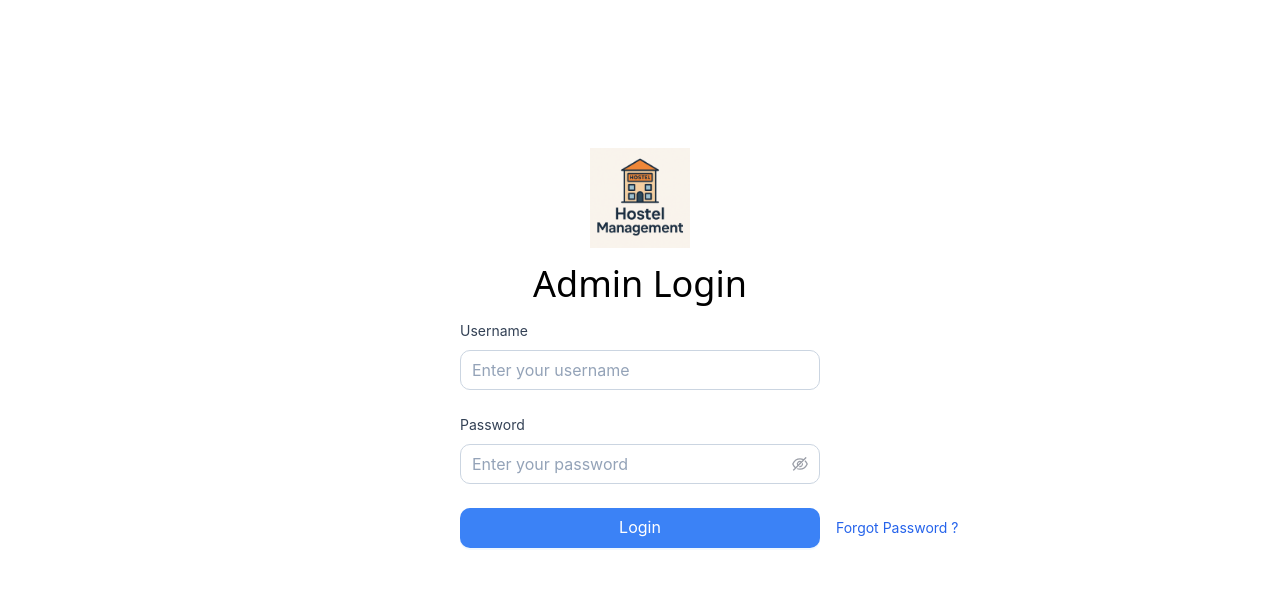
Repository: sujal984/Hostel-Management-System
Page: /Admin/accepted-applications (app in frontend/)
These files come from the project's save history. The page is drawn as it stood at one moment and after the next save; the edit follows.
The browser window is 1280 px wide. The pictures show the whole page.
The project was rebuilt for these pictures with package versions that can differ from the ones it lists, and the page was loaded fresh each time. Also part of the build but not shown: frontend/vite.config.js, frontend/src/components/Acceptedapplication.jsx, frontend/src/components/AdminDashboard.jsx, frontend/src/components/StepForms.jsx, frontend/src/components/ApplicationForm.jsx, frontend/src/components/TrackStatus.jsx, frontend/src/components/Temporary.jsx, frontend/src/components/ApplicationDetail.jsx and 2 more.

Above is the page before, as saved 2025-08-02 17:23:54.

### frontend/index.html
<!DOCTYPE html>
<html lang="en">
  <head>
    <meta charset="UTF-8" />
    <link
      rel="icon"
      type="image/svg+xml"
      href="/ChatGPT Image May 22, 2025, 12_02_14 PM.png"
    />
    <meta name="viewport" content="width=device-width, initial-scale=1.0" />
    <title>Hostel Management</title>
  </head>
  <body>
    <div id="root"></div>
    <script type="module" src="/src/main.jsx"></script>
  </body>
</html>

### frontend/src/main.jsx
import { createRoot } from "react-dom/client";
import { FormProvider } from "./components/FormContext.jsx";
import theme from "./theme.json";
import { ConfigProvider } from "antd";
import "./index.css";
import App from "./App.jsx";
import { BrowserRouter } from "react-router-dom";
import "@ant-design/v5-patch-for-react-19";
createRoot(document.getElementById("root")).render(
  <BrowserRouter>
    <ConfigProvider theme={theme}>
      <FormProvider>
        <App />
      </FormProvider>
    </ConfigProvider>
  </BrowserRouter>
);

### frontend/src/components/FormContext.jsx
// src/context/FormContext.jsx
import { createContext, useContext, useState } from "react";

const FormContext = createContext();

export const useFormContext = () => useContext(FormContext);

export const FormProvider = ({ children }) => {
  const [formData, setFormData] = useState({});
  const resetForm = () => setFormData({});

  return (
    <FormContext.Provider value={{ formData, setFormData, resetForm }}>
      {children}
    </FormContext.Provider>
  );
};

### frontend/src/theme.json
{
  "token": {
    "colorPrimary": "#3b82f6",
    "colorInfo": "#2563eb",
    "colorSuccess": "#22c55e",
    "colorWarning": "#facc15",
    "colorError": "#ef4444",

    "colorTextBase": "#1e293b",
    "colorBgBase": "#f8fafc",
    "colorBgContainer": "#ffffff",

    "fontFamily": "Inter, -apple-system, BlinkMacSystemFont, Segoe UI, Roboto, Helvetica Neue, Arial, sans-serif",
    "fontSize": 14,

    "borderRadius": 8,
    "colorBorder": "#e2e8f0",
    "colorTextPlaceholder": "#94a3b8"
  },

  "components": {
    "Button": {
      "controlHeight": 40,
      "colorPrimaryHover": "#2563eb",
      "colorPrimaryActive": "#1d4ed8"
    },
    "Table": {
      "colorBgContainer": "#ffffff",
      "colorBorderSecondary": "#e5e7eb",
      "headerBg": "#f1f5f9",
      "headerColor": "#0f172a"
    },
    "Form": {
      "labelColor": "#334155",
      "colorText": "#1e293b"
    },
    "Input": {
      "controlHeight": 50,
      "paddingInline": 16,
      "paddingBlock": 10,
      "borderRadius": 10,
      "colorBgContainer": "#ffffff",
      "colorBorder": "#cbd5e1",
      "colorText": "#0f172a"
    },
    "Steps": {
      "colorPrimary": "#3b82f6",
      "colorSplit": "#e2e8f0"
    },
    "Result": {
      "titleFontSize": 24,
      "subtitleFontSize": 16,
      "colorText": "#334155"
    },
    "Link": {
      "colorText": "#2563eb",
      "colorTextHover": "#1d4ed8",
      "colorTextActive": "#1e40af"
    },
    "Card": {
      "colorBgContainer": "#ffffff",
      "boxShadow": "0 4px 12px rgba(0, 0, 0, 0.05)",
      "borderRadius": 12,
      "padding": 24,
      "headerFontSize": 18,
      "colorTextHeading": "#0f172a"
    }
  }
}

### frontend/src/index.css
* {
  margin: 0;
  padding: 0;
}
@import "tailwindcss";

### frontend/src/App.jsx
import ProtectedRoute from "./components/ProtectedRoute";

import { WithHelmet } from "./helper/WithHelmet";
import { Routes, Route, Navigate } from "react-router-dom";
import { ROUTES } from "./constant/ROUTE";
import Page404 from "./components/Page404";
// import "./App.css";

function App() {
  const isAdminLoggedIn = localStorage.getItem("admin_logged_in") === "true";

  return (
    <Routes>
      {Object.values(ROUTES).map((route) => {
        const withHelmetComponent = WithHelmet(route.component, route.title);
        const Component = withHelmetComponent;

        // console.log(route.title);

        if (route.path === "/Admin/login") {
          // If logged in and on /Admin/login, redirect manually to dashboard
          if (isAdminLoggedIn) {
            return (
              <Route
                key={route.path}
                path={route.path}
                element={<Navigate to="/Admin/dashboard" replace />}
              />
            );
          } else {
            return (
              <Route
                key={route.path}
                path={route.path}
                element={<Component title={route.title} />}
              />
            );
          }
        }

        if (
          route.path === "/Admin/dashboard" ||
          (route.path.startsWith("/Admin/") && route.path !== "/Admin/login")
        ) {
          return (
            <Route
              key={route.path}
              path={route.path}
              element={
                <ProtectedRoute>
                  <Component title={route.title} />
                </ProtectedRoute>
              }
            />
          );
        }

        return (
          <Route
            key={route.path}
            path={route.path}
            element={<Component title={route.title} />}
          />
        );
      })}

      <Route path="*" element={<Page404 />} />
    </Routes>
  );
}

export default App;

### frontend/src/components/ProtectedRoute.jsx
import { Navigate } from "react-router-dom";

function ProtectedRoute({ children }) {
  const isAdminLoggedIn = localStorage.getItem("admin_logged_in") === "true";

  return isAdminLoggedIn ? children : <Navigate to="/Admin/login" replace />;
}

export default ProtectedRoute;

### frontend/src/helper/WithHelmet.jsx
import { Helmet } from "react-helmet";

// Higher-Order Component with Helmet
export function WithHelmet(Component, title) {
  return function WrappedComponent(props) {
    return (
      <>
        <Helmet>
          <title>{title}</title>
        </Helmet>
        <Component {...props} />
      </>
    );
  };
}

### frontend/src/constant/ROUTE.js
import AcceptedApplication from "../components/Acceptedapplication";
import AdminDashboard from "../components/AdminDashboard";
import AdminLogin from "../components/AdminLogin";
import ApplicationForm from "../components/ApplicationForm";
import TrackStatus from "../components/TrackStatus";
import Temporary from "../components/Temporary";
import ApplicationDetail from "../components/ApplicationDetail";
import ForgotPassword from "../components/ForgotPassword";

export const ROUTES = {
  ApplicationForm: {
    path: "/",
    component: ApplicationForm,
    title: "Application Form",
    heading: "Application Form",
  },
  AdminLogin: {
    path: "/Admin/login",
    component: AdminLogin,
    title: "Admin Login",
    heading: "Admin Login",
    description: "Its a  admin login page",
  },
  ForgotPassword: {
    path: "/Admin/forgot",
    component: ForgotPassword,
    title: "Forgot Password",
  },
  Tracking: {
    path: "/User/Application/status",
    component: TrackStatus,
    title: "Application Tracking",
    heading: "Application Tracking",
  },

  Admin_Dashborad: {
    path: "/Admin/dashboard",
    component: AdminDashboard,
    title: "Admin Dashboard",
    heading: "Admin Dashboard",
  },
  Accepted_Applications: {
    path: "/Admin/accepted-applications",
    component: AcceptedApplication,
    title: "Accepted Applications",
    heading: "Accepted Applications",
  },
  Application_Detail: {
    path: `/Admin/Application/detail/:id`,
    component: ApplicationDetail,
    title: "Application Detail",
    heading: "Application Detail",
  },
  Temporary: {
    path: "/temporary",
    component: Temporary,
    title: "Temporary",
    heading: "Temporary",
  },
};

### frontend/src/components/AdminLogin.jsx
import { Button, Form, Card, Typography, message } from "antd";
import FormItem from "antd/es/form/FormItem";
import Input from "antd/es/input/Input";
import { useState, useEffect } from "react";
import { Result } from "antd";

import { Endpoint } from "../constant/Endpoint";
import axios from "axios";
import { useNavigate } from "react-router-dom";
import { ROUTES } from "../constant/ROUTE";

function AdminLogin() {
  const [showResult, setShowResult] = useState(false);
  const [form] = Form.useForm();
  const navigate = useNavigate();
  useEffect(() => {
    if (localStorage.getItem("admin_logged_in") === "true") {
      navigate("/Admin/dashboard");
    }
  }, [navigate]);
  const handleLogin = async (values) => {
    console.log("run");
    try {
      const response = await axios.post(
        `${import.meta.env.VITE_API_URL}${Endpoint.adminlogin}`,
        {
          User_Name: values.User_Name,
          Password: values.Password,
        }
      );
      if (response.data && response.data.message === "Login successful") {
        message.success("Login successful");
        localStorage.setItem("admin_logged_in", "true");
        navigate("/Admin/dashboard");
      } else {
        setShowResult(true);

        localStorage.removeItem("admin_logged_in");
      }
    } catch (error) {
      setShowResult(true);
      console.log(error);
      localStorage.removeItem("admin_logged_in");
    }
  };
  const handleTryAgain = () => {
    setShowResult(false);
    form.resetFields();
  };
  return (
    <>
      <div className="h-screen flex justify-center items-center ">
        <div className=" md:min-w-[400px] !p-5">
          {showResult ? (
            <Result
              status="error"
              title="Login Failed"
              subTitle="Invalid username or password."
              extra={[
                <Button type="primary" key="tryagain" onClick={handleTryAgain}>
                  Try Again
                </Button>,
              ]}
            />
          ) : (
            <>
              <div className="flex justify-center">
                <img
                  src="/ChatGPT Image May 22, 2025, 12_02_14 PM.png"
                  className="w-[100px] h-[100px]"
                />
              </div>
              <h1 className="text-4xl text-center font-medium !m-4">
                Admin Login
              </h1>
              <Form
                layout="vertical"
                onFinish={handleLogin}
                requiredMark={false}
                form={form}
              >
                <FormItem
                  label="Username"
                  name="User_Name"
                  rules={[
                    { required: true, message: "Please Enter Your Username" },
                  ]}
                >
                  <Input placeholder="Enter your username" size="large" />
                </FormItem>
                <FormItem
                  label="Password"
                  name="Password"
                  rules={[
                    { required: true, message: "Please Enter Your Password" },
                  ]}
                >
                  <Input.Password
                    placeholder="Enter your password"
                    size="large"
                  />
                </FormItem>
                <FormItem className="!relative">
                  <Button
                    htmlType="submit"
                    type="primary"
                    size="large"
                    className="!w-full"
                  >
                    Login
                  </Button>
                  <Button
                    type="link"
                    href={ROUTES.ForgotPassword}
                    className="!absolute top-0 "
                  >
                    Forgot Password ?
                  </Button>
                </FormItem>
              </Form>
            </>
          )}
        </div>
      </div>
    </>
  );
}

export default AdminLogin;

### frontend/src/constant/Endpoint.js
export const Endpoint = {
  submitapplication: "/submit-application/",
  fetchapplications: "/fetch-applications/",
  deleteapplication: "/delete-application/",
  acceptedapplications: "/fetch-accepted-applications/",
  trackStatus: "/get-status/",
  roomallocation: "/allocate-room/",
  applicationupdatestatus: "/update-status/",
  availablerooms: "/available-rooms/",
  adminlogin: "/login/",
  applicationdetail: "/application",
};

After the next save:
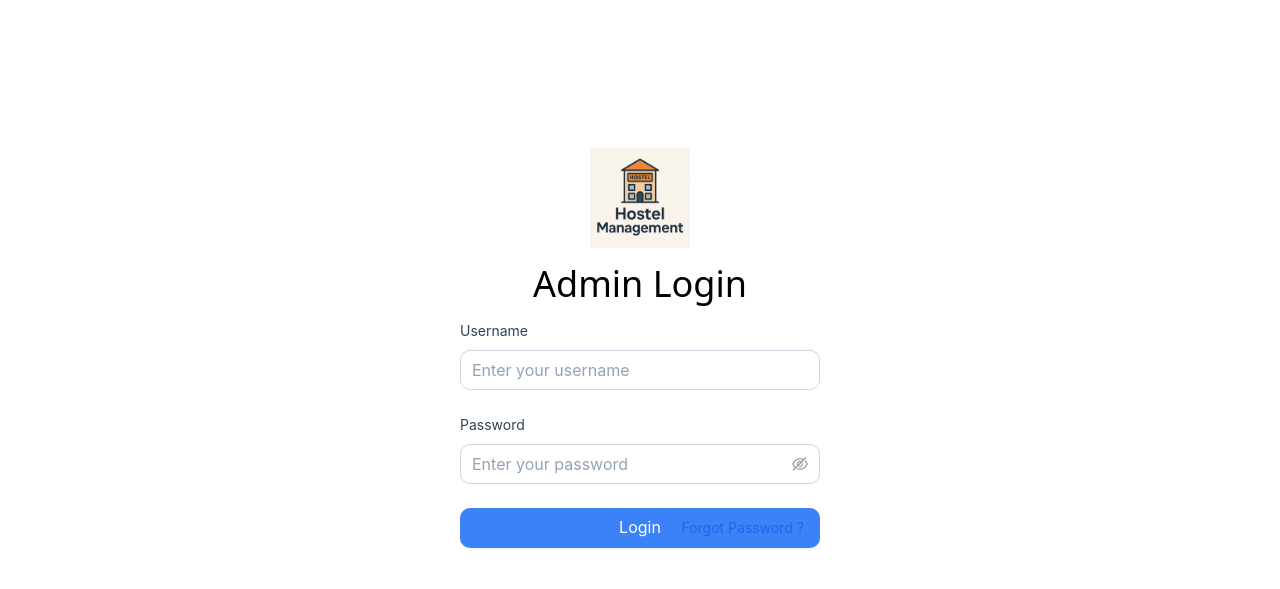
Saved 7 s later.
--- a/frontend/src/components/AdminLogin.jsx
+++ b/frontend/src/components/AdminLogin.jsx
@@ -112,7 +112,7 @@ function AdminLogin() {
                   <Button
                     type="link"
                     href={ROUTES.ForgotPassword}
-                    className="!absolute top-0 "
+                    className="!absolute top-0 right-0"
                   >
                     Forgot Password ?
                   </Button>
